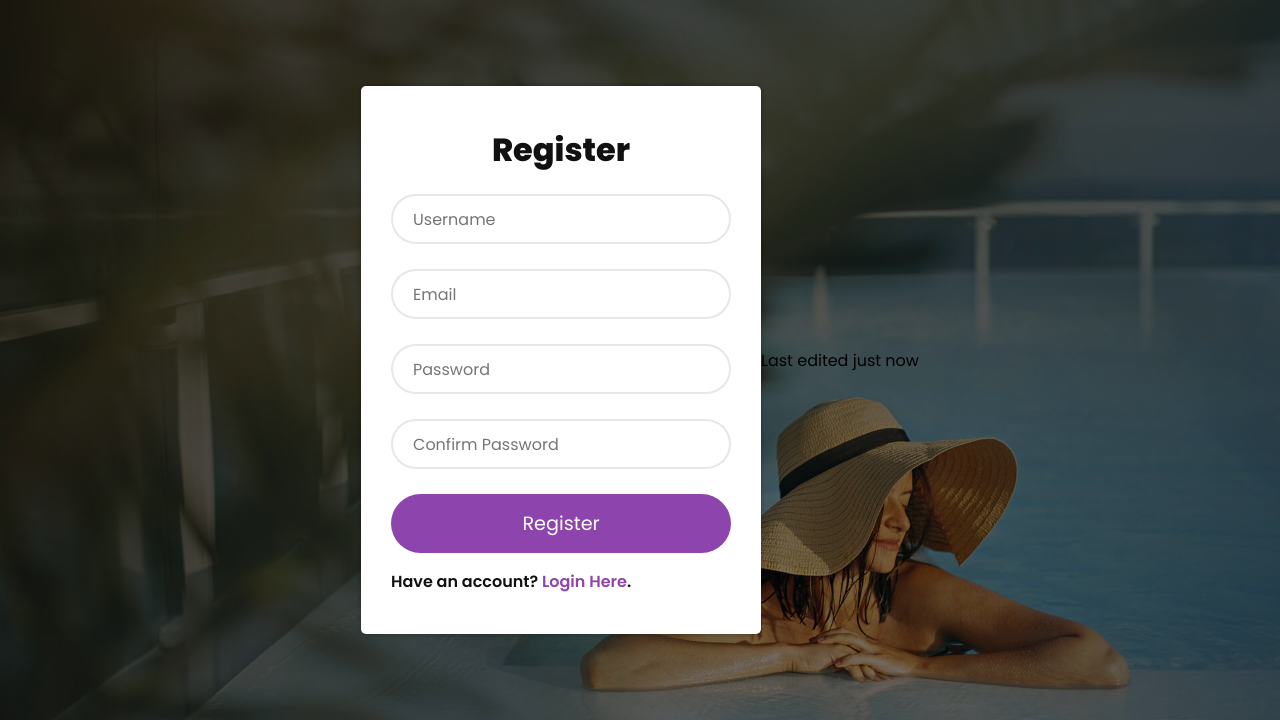
Repository: tanya2468/travel_agency
Page: http://localhost/register.php
These files come from the project's save history. The page is drawn as it stood at one moment and after the next save; the edit follows.
The browser window is 1280 px wide. The pictures show the whole page.
The page is run by PHP 8.4 with error messages shown; the project is at /var/www/html/.

Above is the page before, as saved 2024-11-12 18:58:12.

### register.php
<?php
include 'config.php';

error_reporting(0);

if (isset($_POST['submit'])) {
    $username = $_POST['username'];
    $email = $_POST['email'];
    $password = md5($_POST['password']);
    $cpassword = md5($_POST['cpassword']);

    if ($password == $cpassword) {
        $sql = "SELECT * FROM users WHERE email='$email'";
        $result = mysqli_query($conn, $sql);
        if ($result->num_rows > 0) {
            echo "<script>alert('Email already registered.');</script>";
        } else {
            $sql = "INSERT INTO users (username, email, password) VALUES ('$username', '$email','$password')";
            $result = mysqli_query($conn, $sql);
            if ($result) {
                echo "<script>alert('User registration completed.');window.location.href='login.php';</script>";
            } else {
                echo "<script>alert('Oops! Something went wrong.');</script>";
            }
        }
    } else {
        echo "<script>alert('Password Not Matched.');</script>";
    }
}
?>

<!DOCTYPE html>
<html>
<head>
    <meta charset="utf-8">
    <meta name="viewport" content="width=device-width, initial-scale=1.0">

    <link rel="stylesheet" href="https://stackpath.bootstrapcdn.com/font-awesome/4.7.0/css/font-awesome.min.css">

    <link rel="stylesheet" type="text/css" href="style.css">

    <title>Register</title>
</head>
<body>
    <div class="container">
        <form action="" method="POST" class="login-email">
            <p class="login-text" style="font-size: 2rem; font-weight: 800;">Register</p>
            <div class="input-group">
                <input type="text" placeholder="Username" name="username" value="<?php echo $username; ?>" required>
            </div>
            <div class="input-group">
                <input type="email" placeholder="Email" name="email" value="<?php echo $email; ?>" required>
            </div>
            <div class="input-group">
                <input type="password" placeholder="Password" name="password" value="<?php echo $_POST['password']; ?>" required>
            </div>
            <div class="input-group">
                <input type="password" placeholder="Confirm Password" name="cpassword" value="<?php echo $_POST['cpassword']; ?>" required>
            </div>
            <div class="input-group">
                <button name="submit" class="btn">Register</button>

            </div>
            <p class="login-register-text">Have an account? <a href="login.php">Login Here</a>.</p>
        </form>
    </div>
</body>
</html>
Last edited just now

### config.php
<?php
$server = "localhost";
$user = "root";
$pass = "";
$database = "book_db";

$conn = mysqli_connect($server, $user, $pass, $database);

if (!$conn) {
    die("<script>alert('Connection Failed.')</script>");
}
?>

### style.css
@import url('https://fonts.googleapis.com/css2?family=Poppins:ital,wght@0,100;0,200;0,300;0,400;0,500;0,600;0,700;0,800;0,900;1,100;1,200;1,300;1,400;1,500;1,600;1,700;1,800;1,900&display=swap');

* {
    margin: 0;
    padding: 0;
    box-sizing: border-box;
    font-family: 'Poppins', sans-serif;
}

body {
    width: 100%;
    min-height: 100vh;
    background-image: linear-gradient(rgba(0,0,0,.5), rgba(0,0,0,.5)), url(home-slide-1.jpg);
    background-position: center;
    background-size: cover;
    display: flex;
    justify-content: center;
    align-items: center;
}

.container {
    width: 400px;
    min-height: 400px;
    background: #FFF;
    border-radius: 5px;
    box-shadow: 0 0 5px rgba(0,0,0,.3);
    padding: 40px 30px;
}

.container .login-text {
    color: #111;
    font-weight: 500;
    font-size: 1.1rem;
    text-align: center;
    margin-bottom: 20px;
    display: block;
    text-transform: capitalize;
}

.container .login-social {
    display: grid;
    grid-template-columns: repeat(auto-fit, minmax(50%, 1fr));
    margin-bottom: 25px;
}

.container .login-social a {
    padding: 12px;
    margin: 10px;
    border-radius: 3px;
    box-shadow: 0 0 5px rgba(0,0,0,.3);
    text-decoration: none;
    font-size: 1rem;
    text-align: center;
    color: #FFF;
    transition: .3s;
}

.container .login-social a i {
    margin-right: 5px;
}

.container .login-social a.facebook {
    background: #4267B2;
}

.container .login-social a.twitter {
    background: #1DA1F2;
}

.container .login-social a.google-plus {
    background: #db4a39;
}

.container .login-social a.linkedin {
    background: #0e76a8;
}

.container .login-social a.facebook:hover {
    background: #3d5fa3;
}

.container .login-social a.twitter:hover {
    background: #1991db;
}

.container .login-social a.google-plus:hover {
    background: #ca4334;
}

.container .login-social a.linkedin:hover {
    background: #0b5c81;
}

.container .login-email .input-group {
    width: 100%;
    height: 50px;
    margin-bottom: 25px;
}

.container .login-email .input-group input {
    width: 100%;
    height: 100%;
    border: 2px solid #e7e7e7;
    padding: 15px 20px;
    font-size: 1rem;
    border-radius: 30px;
    background: transparent;
    outline: none;
    transition: .3s;
}

.container .login-email .input-group input:focus, .container .login-email .input-group input:valid {
    border-color: #8e44ad;
}

.container .login-email .input-group .btn {
    display: block;
    width: 100%;
    padding: 15px 20px;
    text-align: center;
    border: none;
    background: #8e44ad;
    outline: none;
    border-radius: 30px;
    font-size: 1.2rem;
    color: #FFF;
    cursor: pointer;
    transition: .3s;
}

.container .login-email .input-group .btn:hover {
    transform: translateY(-5px);
    background: #8e44ad;
}

.login-register-text {
    color: #111;
    font-weight: 600;
}

.login-register-text a {
    text-decoration: none;
    color: #8e44ad;
}

@media (max-width: 430px) {
    .container {
        width: 300px;
    }
    .container .login-social {
        display: block;
    }
    .container .login-social a {
        display: block;
    }
}

After the next save:
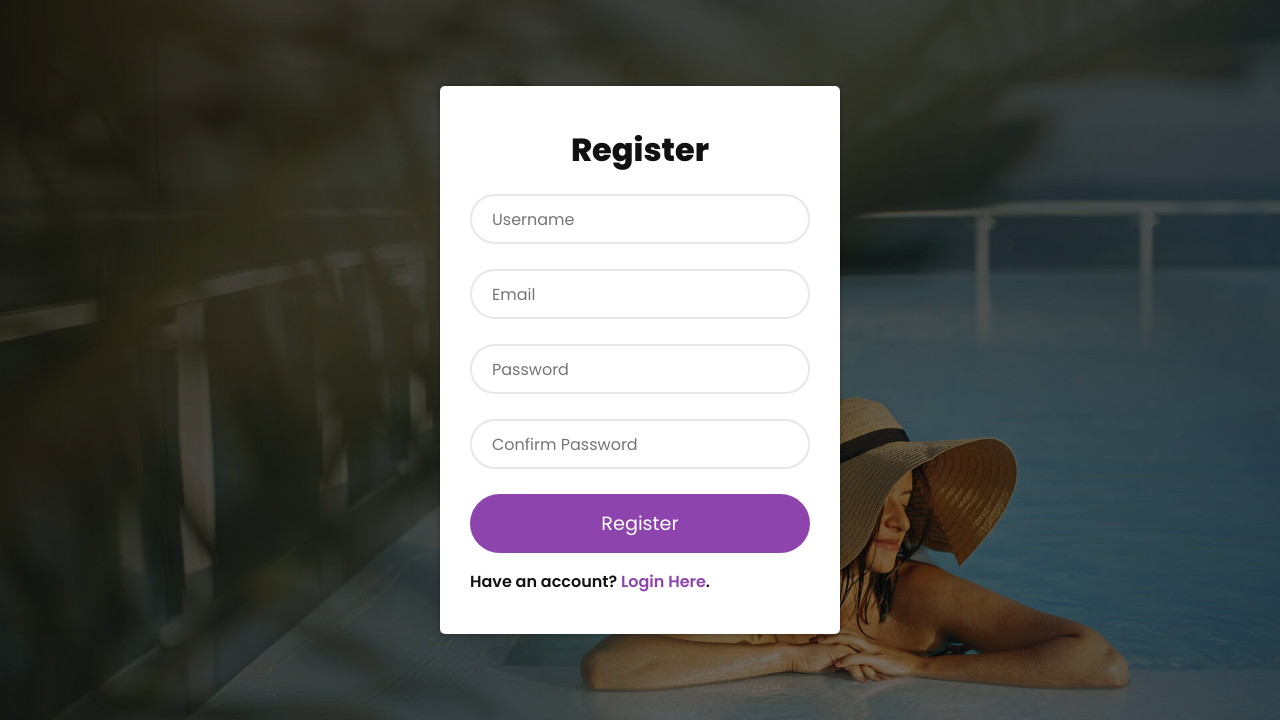
Saved 92 s later.
--- a/register.php
+++ b/register.php
@@ -12,19 +12,19 @@ if (isset($_POST['submit'])) {
     if ($password == $cpassword) {
         $sql = "SELECT * FROM users WHERE email='$email'";
         $result = mysqli_query($conn, $sql);
-        if ($result->num_rows > 0) {
-            echo "<script>alert('Email already registered.');</script>";
-        } else {
+        if (!$result->num_rows > 0) {
             $sql = "INSERT INTO users (username, email, password) VALUES ('$username', '$email','$password')";
             $result = mysqli_query($conn, $sql);
             if ($result) {
                 echo "<script>alert('User registration completed.');window.location.href='login.php';</script>";
             } else {
-                echo "<script>alert('Oops! Something went wrong.');</script>";
+                echo "<script>alert('Oops! Something went wrong.');window.location.href='register.php';</script>";
             }
+        } else {
+            echo "<script>alert('Email already registered.');window.location.href='register.php';</script>";
         }
     } else {
-        echo "<script>alert('Password Not Matched.');</script>";
+        echo "<script>alert('Password Not Matched.');window.location.href='register.php';</script>";
     }
 }
 ?>
@@ -59,11 +59,9 @@ if (isset($_POST['submit'])) {
             </div>
             <div class="input-group">
                 <button name="submit" class="btn">Register</button>
-
             </div>
             <p class="login-register-text">Have an account? <a href="login.php">Login Here</a>.</p>
         </form>
     </div>
 </body>
 </html>
-Last edited just now
